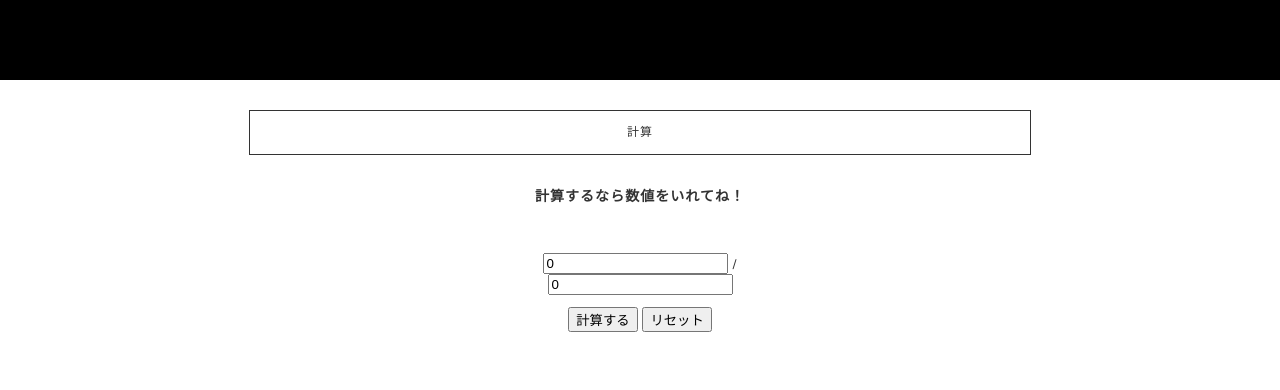
Repository: HattoriKotaro19920408/Keisanchan
Page: http://localhost/Keisanchan/keisan.jsp
The author's editor kept a copy of each file at every save. The page is drawn from the files as they stood at one save, then again after the next save.
The browser window is 1280 px wide. The pictures show the whole page.
The page is served by Tomcat 9. Other server files are loaded and not shown.

Above is the page before, as saved 2018-08-08 02:12:31.

### Keisanchan/WebContent/keisan.jsp
<%@ page language="java" contentType="text/html; charset=UTF-8"
    pageEncoding="UTF-8"%>
<%@ taglib prefix="s" uri="/struts-tags" %>
<!DOCTYPE html PUBLIC "-//W3C//DTD HTML 4.01 Transitional//EN" "http://www.w3.org/TR/html4/loose.dtd">
<html>
<head>
<meta http-equiv="Content-Type" content="text/html; charset=utf-8" />
<meta http-equiv="Content-Style-Type" content="text/css" />
<meta http-equiv="Content-Script-Type" content="text/javascript" />
<meta http-equiv="imagetoolbar" content="no" />
<meta name="description" content="" />
<meta name="keywords" content="" />

<title>計算画面</title>
<style type="text/css">
 body{
      margin:0;
      padding:0;
      line-height:1.6;
      letter-spacing:1px;
      font-family:Verdana, Helvetica, sans-serif;
      font-size:12px;
      color:#333;
      background:#fff;
   }
   table{
     text-align:center;
     margin:o auto;
   }

   #top{
     width:780px;
     margin:30px auto;
     border:1px solid #333;
   }
   #header{
     width:100%;
     height:80px;
     background-color:black;
   }
   #main{
     width:100%;
     height:500px;
     text-align:center;
   }
   #footer{
     width:100%;
     height:80px;
     background-color:black;
     clear:both;
   }
   #text-center{
      display:inline-block;
      text-align:center;
   }

</style>
</head>
<body>
<div id="header">
        <div id="pr">
        </div>
</div>
<div id = "main">
       <div id="top">
          <p>計算</p>
       </div>
       <div>
        <h3>計算するなら数値をいれてね！</h3>

       <br/>
       <form method="get" action="keisanResult.jsp" oninput="result.value = Number(a.value) + Number(b.value);">

<p><input type="number" name="a" value="0"> / <br><input type="number" name="b" value="0"></p>



<p><input type="submit" value="計算する"> <input type="reset" value="リセット"></p>

</form>

       <div id="text-link">

       </div>
       </div>
   </div>
</body>
</html>

After the next save:
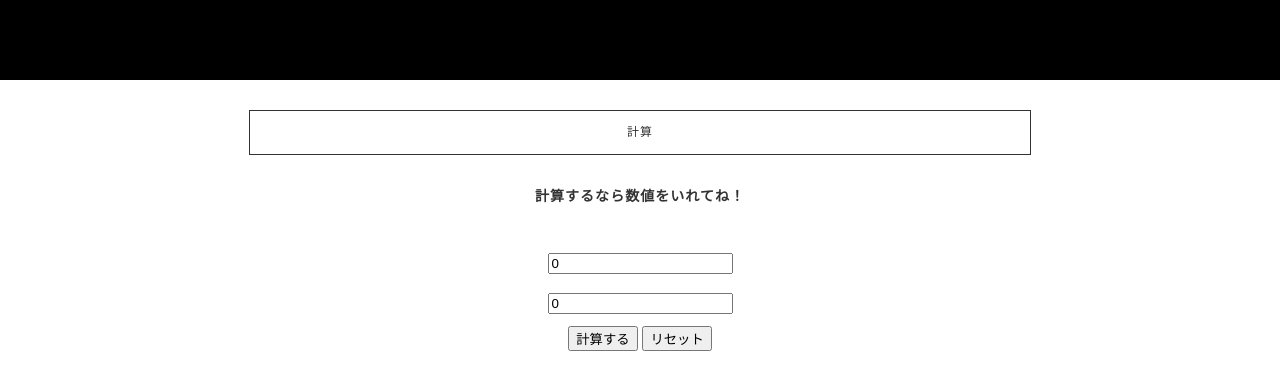
Saved 86 s later.
--- a/Keisanchan/WebContent/keisan.jsp
+++ b/Keisanchan/WebContent/keisan.jsp
@@ -71,7 +71,8 @@
        <br/>
        <form method="get" action="keisanResult.jsp" oninput="result.value = Number(a.value) + Number(b.value);">
 
-<p><input type="number" name="a" value="0"> / <br><input type="number" name="b" value="0"></p>
+<p><input type="number" name="a" value="0"> <br>
+ <br><input type="number" name="b" value="0"></p>
 
 
 
